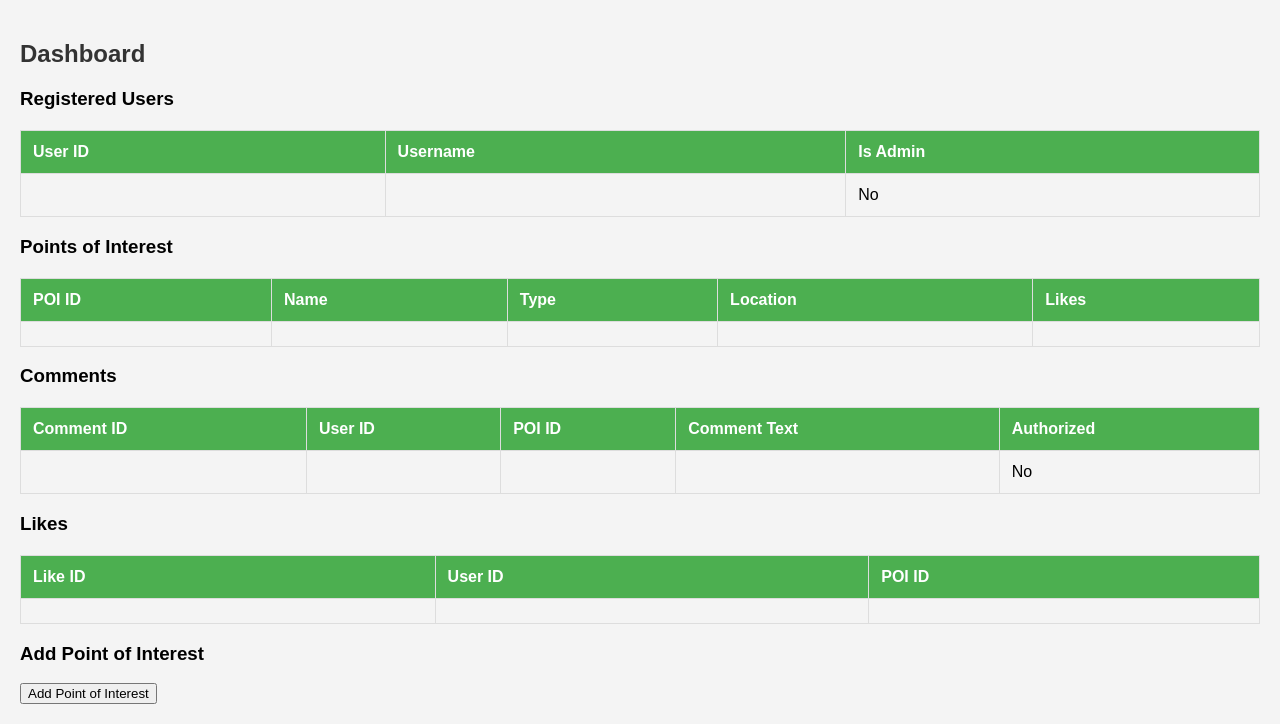
Repository: zrlgithub/poi
Page: http://localhost/test/Dashboard.jsp
The author's editor kept a copy of each file at every save. The page is drawn from the files as they stood at one save, then again after the next save.
The browser window is 1280 px wide. The pictures show the whole page.
The page is served by Tomcat 9. The template is opened directly, without the code that normally fills it, so the values that code supplies are empty.

Above is the page before, as saved 2024-02-13 22:39:30.

After the next save:
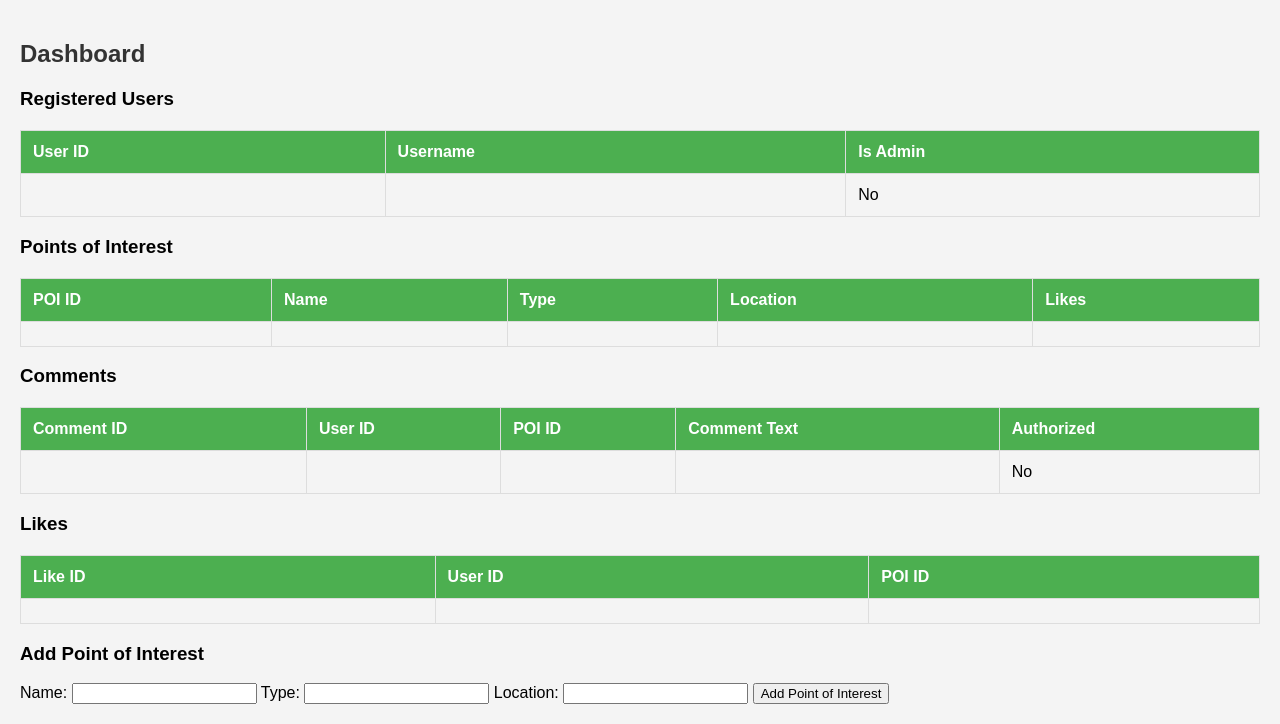
Saved 57 s later.
--- a/test/src/main/webapp/Dashboard.jsp
+++ b/test/src/main/webapp/Dashboard.jsp
@@ -120,7 +120,15 @@
     <!-- Add Points of Interest -->
     <h3>Add Point of Interest</h3>
     <form action="AddPOIServlet" method="post">
-        <!-- Include form fields for adding a point of interest -->
+      <label for="name">Name:</label>
+        <input type="text" id="name" name="name" required>
+
+        <label for="type">Type:</label>
+        <input type="text" id="type" name="type" required>
+
+        <label for="location">Location:</label>
+        <input type="text" id="location" name="location" required>
+
         <button type="submit">Add Point of Interest</button>
     </form>
 </body>
